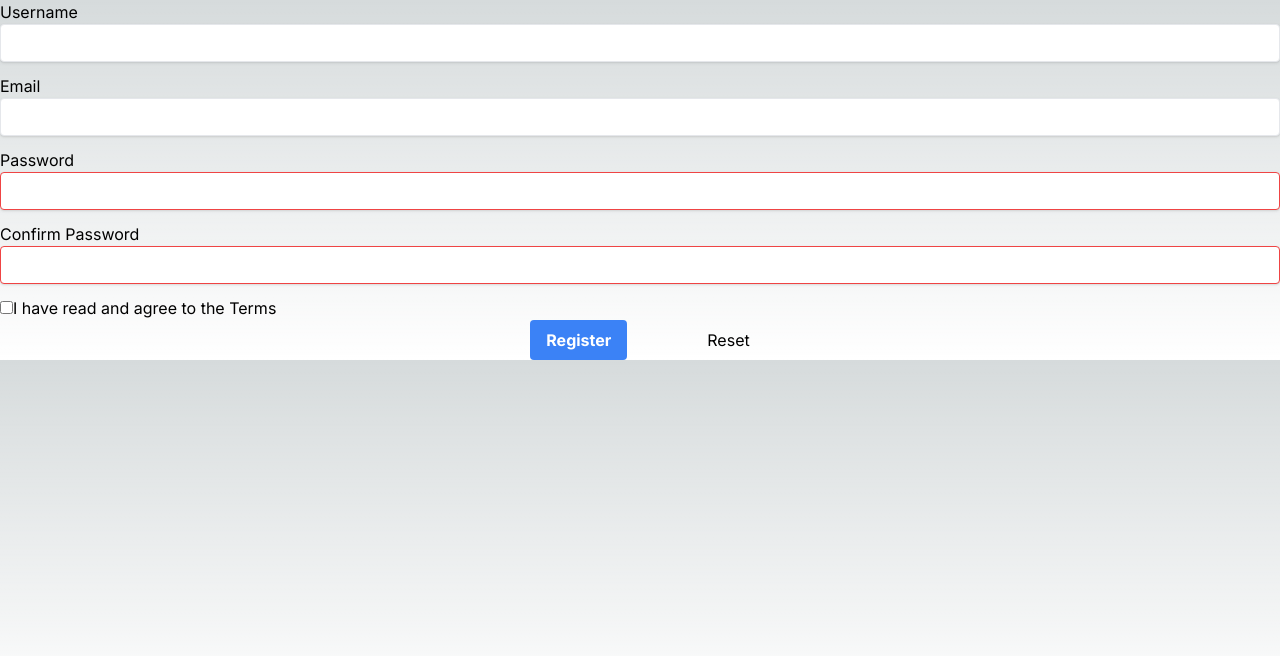
Repository: uh-sman/tiktok-card
Page: /
An editor plug-in stored every save of this project. The page is shown before and after the next save, followed by the edit.
The browser window is 1280 px wide. The pictures show the whole page.
The project was rebuilt for these pictures with package versions that can differ from the ones it lists, and the page was loaded fresh each time. The framework's server and built-in components were replaced by stand-ins that run in the browser. Also part of the build but not shown: next.config.js.

Above is the page before, as saved 2023-12-19 13:53:31.

### app/page.tsx
'use client'
// import Input from "./components/Input";
import { FieldValues, SubmitHandler, useForm } from "react-hook-form";
import AuthForm from "./components/AuthForm";
type FormValues = {
  name: string,
      email: string,
      password: string,
      confirmPassword: string,
      DateOfBirth: string,
      Bio: string,
      gender: string,
      termsAndConditions: string
}

export default function Home() {
  return (
    <div>
      <AuthForm />
    </div>
  )
}



{/* <form class="max-w-sm mx-auto">
  <div class="mb-5">
    <label for="email" class="block mb-2 text-sm font-medium text-gray-900 dark:text-white">Your email</label>
    <input type="email" id="email" class="bg-gray-50 border border-gray-300 text-gray-900 text-sm rounded-lg focus:ring-blue-500 focus:border-blue-500 block w-full p-2.5 dark:bg-gray-700 dark:border-gray-600 dark:placeholder-gray-400 dark:text-white dark:focus:ring-blue-500 dark:focus:border-blue-500" placeholder="name@flowbite.com" required>
  </div>
  <div class="mb-5">
    <label for="password" class="block mb-2 text-sm font-medium text-gray-900 dark:text-white">Your password</label>
    <input type="password" id="password" class="bg-gray-50 border border-gray-300 text-gray-900 text-sm rounded-lg focus:ring-blue-500 focus:border-blue-500 block w-full p-2.5 dark:bg-gray-700 dark:border-gray-600 dark:placeholder-gray-400 dark:text-white dark:focus:ring-blue-500 dark:focus:border-blue-500" required>
  </div>
  <div class="flex items-start mb-5">
    <div class="flex items-center h-5">
      <input id="remember" type="checkbox" value="" class="w-4 h-4 border border-gray-300 rounded bg-gray-50 focus:ring-3 focus:ring-blue-300 dark:bg-gray-700 dark:border-gray-600 dark:focus:ring-blue-600 dark:ring-offset-gray-800 dark:focus:ring-offset-gray-800" required>
    </div>
    <label for="remember" class="ms-2 text-sm font-medium text-gray-900 dark:text-gray-300">Remember me</label>
  </div>
  <button type="submit" class="text-white bg-blue-700 hover:bg-blue-800 focus:ring-4 focus:outline-none focus:ring-blue-300 font-medium rounded-lg text-sm w-full sm:w-auto px-5 py-2.5 text-center dark:bg-blue-600 dark:hover:bg-blue-700 dark:focus:ring-blue-800">Submit</button>
</form> */}

### app/components/AuthForm.tsx
import React from "react";
import { useForm } from "react-hook-form";

type UserSubmitForm = {
    // fullname: string;
    username: string;
    email: string;
    password: string;
    confirmPassword: string;
    acceptTerms: boolean;
  };
const AuthForm: React.FC = () => {
    const {register,handleSubmit} = useForm<UserSubmitForm>()
    const onSubmit = (data: UserSubmitForm) => {
        console.log(data)
    }
    return (
        <div className="flex flex-col">
        <form onSubmit={handleSubmit(onSubmit)}>
          <div className="flex flex-col">
            <label>Username</label>
            <input
            className="shadow appearance-none border rounded w-full py-2 px-3 text-gray-700 mb-3 leading-tight focus:outline-none focus:shadow-outline"
              type="text"
              {...register('username')}
            />
            <div className="invalid-feedback">
                {/* {errors.username?.message} */}
                </div>
          </div>

          <div className="flex flex-col">
            <label>Email</label>
            <input
            className="shadow appearance-none border rounded w-full py-2 px-3 text-gray-700 mb-3 leading-tight focus:outline-none focus:shadow-outline"
              type="text"
              {...register('email')}
            //   className=
            //   {`form-control ${errors.email ? 'is-invalid' : ''}`}
            />
            <div className="invalid-feedback">
                {/* {errors.email?.message} */}
                </div>
          </div>

          <div className="flex flex-col">
            <label>Password</label>
            <input
            className="shadow appearance-none border border-red-500 rounded w-full py-2 px-3 text-gray-700 mb-3 leading-tight focus:outline-none focus:shadow-outline"
              type="password"
              {...register('password')}
            //   className={`form-control ${errors.password ? 'is-invalid' : ''}`}
            />
            <div className="invalid-feedback">
                {/* {errors.password?.message} */}
                </div>
          </div>
          <div className="flex flex-col">
            <label>Confirm Password</label>
            <input
            className="shadow appearance-none border border-red-500 rounded w-full py-2 px-3 text-gray-700 mb-3 leading-tight focus:outline-none focus:shadow-outline"
              type="password"
              {...register('confirmPassword')}
            //   className={`form-control ${
            //     errors.confirmPassword ? 'is-invalid' : ''
            //   }`}
            />
            <div className="invalid-feedback">
              {/* {errors.confirmPassword?.message} */}
            </div>
          </div>

          <div className="form-group form-check">
            <input
              type="checkbox"
              {...register('acceptTerms')}
            //   className={`form-check-input ${
            //     errors.acceptTerms ? 'is-invalid' : ''
            //   }`}
            />
            <label htmlFor="acceptTerms" className="form-check-label">
              I have read and agree to the Terms
            </label>
            <div className="invalid-feedback">
                {/* {errors.acceptTerms?.message} */}
                </div>
          </div>

          <div className="flex justify-center gap-20">
            <button type="submit" className="bg-blue-500 hover:bg-blue-700 text-white font-bold py-2 px-4 rounded focus:outline-none focus:shadow-outline">
              Register
            </button>
            <button
              type="button"
            //   onClick={() => reset()}
              className="btn btn-warning float-right"
            >
              Reset
            </button>
          </div>
        </form>
      </div>
    )
}

export default AuthForm;

Loaded but not shown: app/layout.tsx (common file); app/globals.css (common file); tailwind.config.ts (common file)

After the next save:
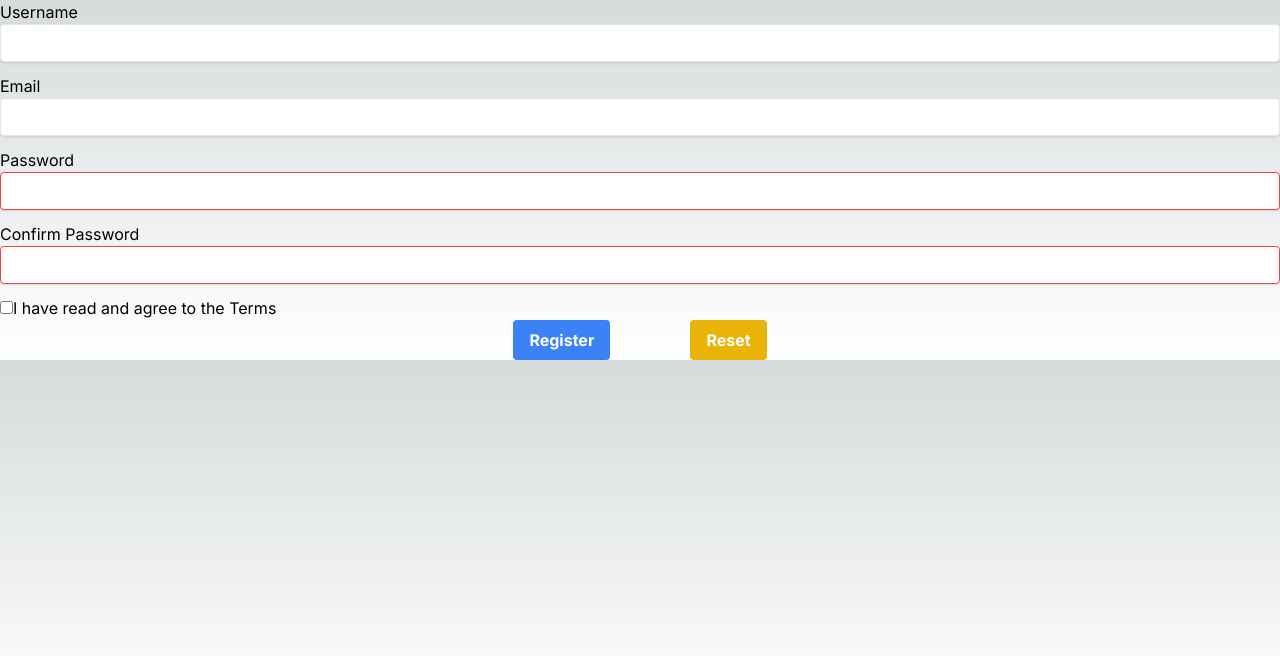
Saved 36 s later.
--- a/app/components/AuthForm.tsx
+++ b/app/components/AuthForm.tsx
@@ -93,7 +93,7 @@ const AuthForm: React.FC = () => {
             <button
               type="button"
             //   onClick={() => reset()}
-              className="btn btn-warning float-right"
+              className="bg-yellow-500 hover:bg-yellow-700 text-white font-bold py-2 px-4 rounded focus:outline-none focus:shadow-outline"
             >
               Reset
             </button>
